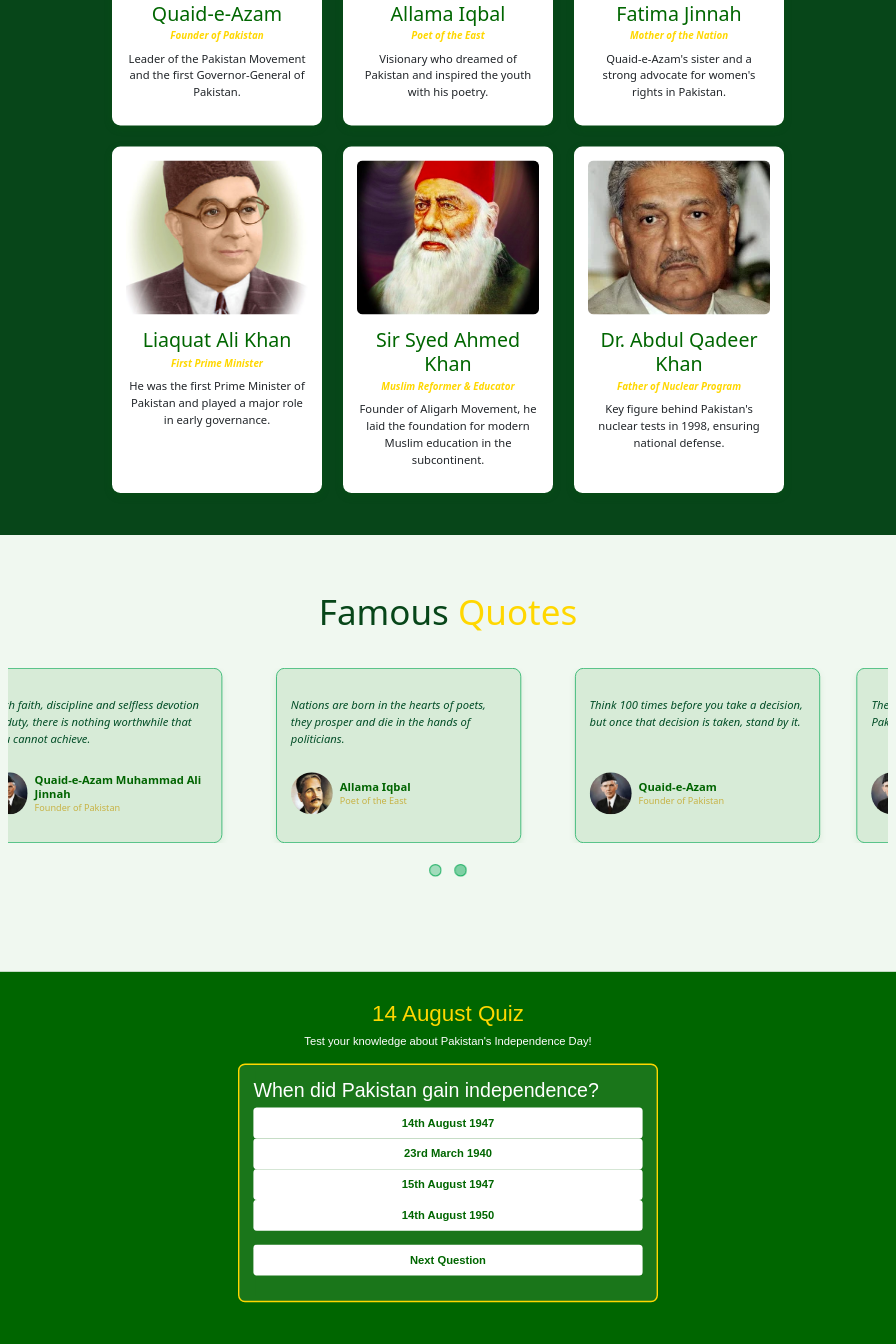
Repository: memonmuhammadali98/Pakistan-Independence-Day
Page: index.html
These files come from the project's save history. The page is drawn as it stood at one moment and after a run of saves; the edit follows.
The browser window is 1280 px wide. The pictures show the part of the page from y = 3466 to 5386 px (the page is 5386 px tall before and 5202 px after), at 70% of full size.

Above is the page before, as saved 2025-08-09 16:31:10.
Console error: TypeError: Cannot set properties of null (setting 'innerHTML')

After the next 2 saves:
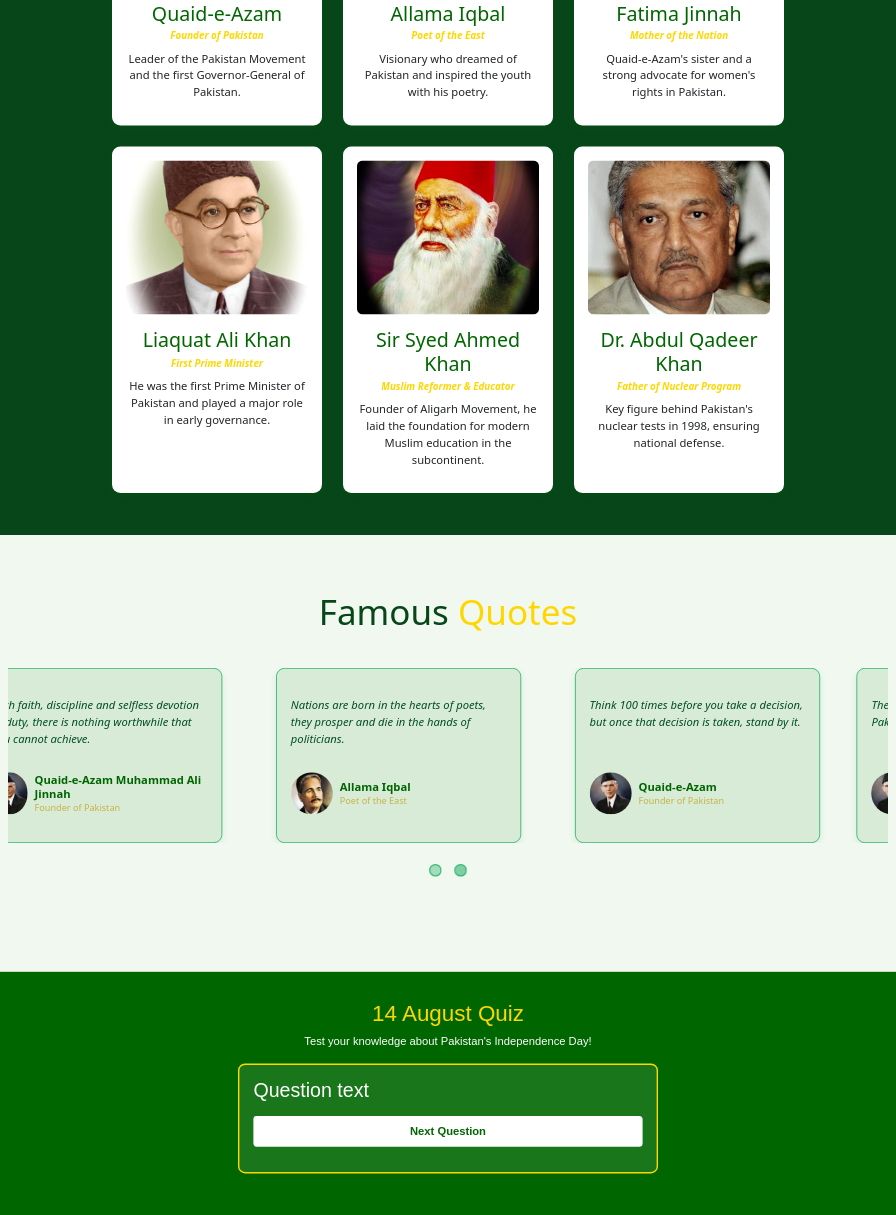
The 2 saves are shown as one change because they came seconds apart.
The last was saved 2 min 20 s later.
--- a/index.html
+++ b/index.html
@@ -477,75 +477,6 @@
   </script>
 
   <script>
-    // Quiz questions
-const quizData = [
-  {
-    question: "When did Pakistan gain independence?",
-    options: ["14th August 1947", "23rd March 1940", "15th August 1947", "14th August 1950"],
-    answer: "14th August 1947"
-  },
-  {
-    question: "Who was the founder of Pakistan?",
-    options: ["Allama Iqbal", "Liaquat Ali Khan", "Quaid-e-Azam", "Fatima Jinnah"],
-    answer: "Quaid-e-Azam"
-  },
-  {
-    question: "What is the national language of Pakistan?",
-    options: ["Punjabi", "Urdu", "Sindhi", "Pashto"],
-    answer: "Urdu"
-  },
-  {
-    question: "Which is the national flower of Pakistan?",
-    options: ["Rose", "Tulip", "Jasmine", "Sunflower"],
-    answer: "Jasmine"
-  }
-];
-
-let currentQuestion = 0;
-let score = 0;
-
-const questionEl = document.getElementById("question");
-const optionsEl = document.getElementById("options");
-const submitBtn = document.getElementById("submit-btn");
-const resultEl = document.getElementById("result");
-
-function loadQuestion() {
-  const currentQuiz = quizData[currentQuestion];
-  questionEl.textContent = currentQuiz.question;
-
-  optionsEl.innerHTML = "";
-  currentQuiz.options.forEach(option => {
-    const button = document.createElement("button");
-    button.textContent = option;
-    button.classList.add("option-btn");
-    button.addEventListener("click", () => selectAnswer(option));
-    optionsEl.appendChild(button);
-  });
-}
-
-function selectAnswer(selectedOption) {
-  const correctAnswer = quizData[currentQuestion].answer;
-  if (selectedOption === correctAnswer) {
-    score++;
-  }
-  currentQuestion++;
-
-  if (currentQuestion < quizData.length) {
-    loadQuestion();
-  } else {
-    showResult();
-  }
-}
-
-function showResult() {
-  questionEl.textContent = "";
-  optionsEl.innerHTML = "";
-  submitBtn.style.display = "none";
-  resultEl.textContent = `🎉 You scored ${score} out of ${quizData.length}!`;
-}
-
-// Start quiz
-loadQuestion();
 
   </script>
 

After the save that followed:
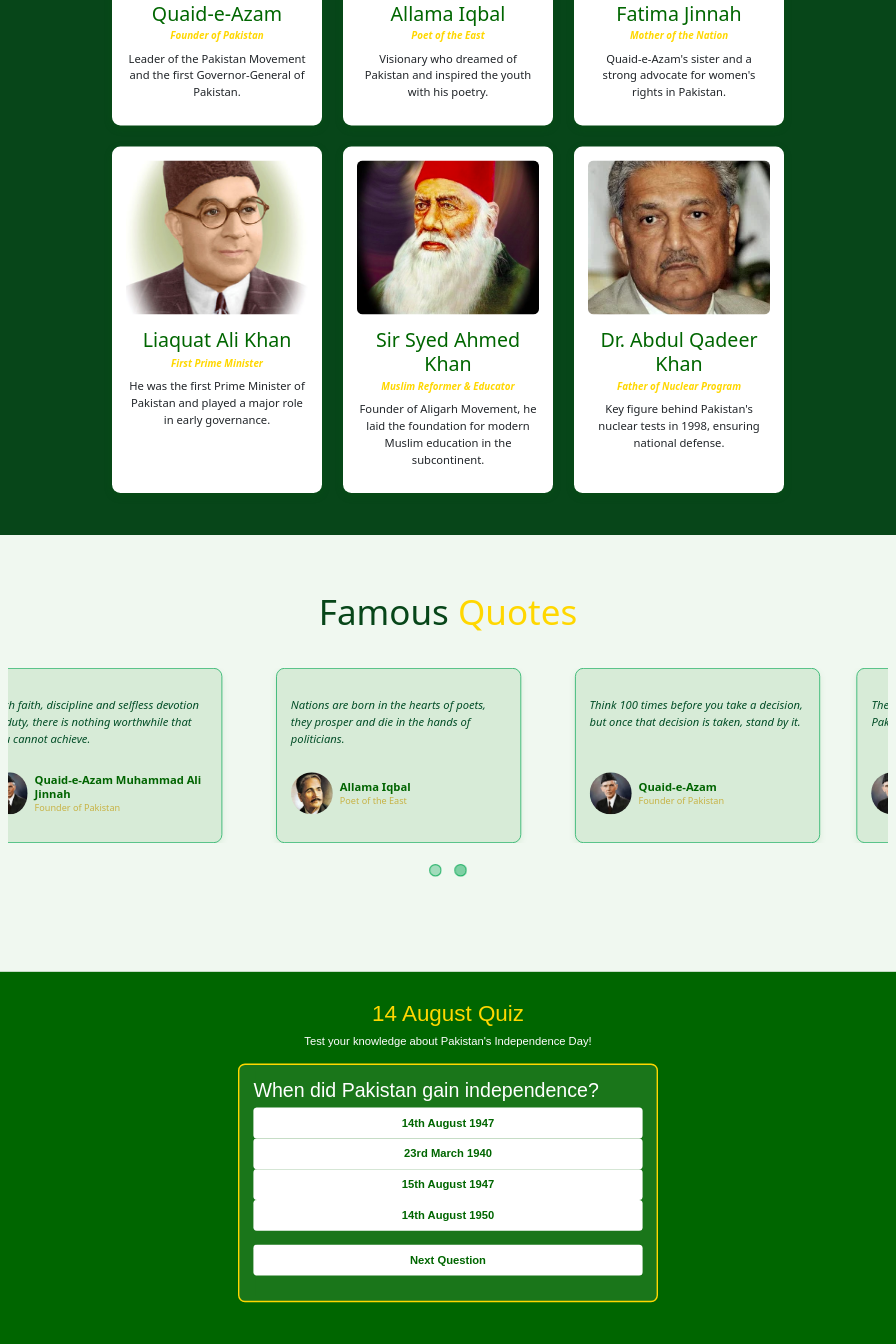
Saved 4 s later.
--- a/index.html
+++ b/index.html
@@ -477,6 +477,91 @@
   </script>
 
   <script>
+    // Quiz questions
+const quizData = [
+  {
+    question: "When did Pakistan gain independence?",
+    options: ["14th August 1947", "23rd March 1940", "15th August 1947", "14th August 1950"],
+    answer: "14th August 1947"
+  },
+  {
+    question: "Who was the founder of Pakistan?",
+    options: ["Allama Iqbal", "Liaquat Ali Khan", "Quaid-e-Azam", "Fatima Jinnah"],
+    answer: "Quaid-e-Azam"
+  },
+  {
+    question: "What is the national language of Pakistan?",
+    options: ["Punjabi", "Urdu", "Sindhi", "Pashto"],
+    answer: "Urdu"
+  },
+  {
+    question: "Which is the national flower of Pakistan?",
+    options: ["Rose", "Tulip", "Jasmine", "Sunflower"],
+    answer: "Jasmine"
+  }
+];
+
+let currentQuestion = 0;
+let score = 0;
+let selectedOption = null;
+
+const questionEl = document.getElementById("question");
+const optionsEl = document.getElementById("options");
+const submitBtn = document.getElementById("submit-btn");
+const resultEl = document.getElementById("result");
+
+function loadQuestion() {
+  const currentQuiz = quizData[currentQuestion];
+  questionEl.textContent = currentQuiz.question;
+
+  optionsEl.innerHTML = "";
+  selectedOption = null; // reset selection
+
+  currentQuiz.options.forEach(option => {
+    const button = document.createElement("button");
+    button.textContent = option;
+    button.classList.add("option-btn");
+
+    button.addEventListener("click", () => {
+      // Remove highlight from previous selection
+      document.querySelectorAll(".option-btn").forEach(btn => btn.style.background = "white");
+      // Highlight current selection
+      button.style.background = "#FFD700";
+      selectedOption = option;
+    });
+
+    optionsEl.appendChild(button);
+  });
+}
+
+submitBtn.addEventListener("click", () => {
+  if (selectedOption === null) {
+    alert("Please select an option before moving on!");
+    return;
+  }
+
+  if (selectedOption === quizData[currentQuestion].answer) {
+    score++;
+  }
+
+  currentQuestion++;
+
+  if (currentQuestion < quizData.length) {
+    loadQuestion();
+  } else {
+    showResult();
+  }
+});
+
+function showResult() {
+  questionEl.textContent = "";
+  optionsEl.innerHTML = "";
+  submitBtn.style.display = "none";
+  resultEl.textContent = `🎉 You scored ${score} out of ${quizData.length}!`;
+}
+
+// Start quiz
+loadQuestion();
 
   </script>
 
